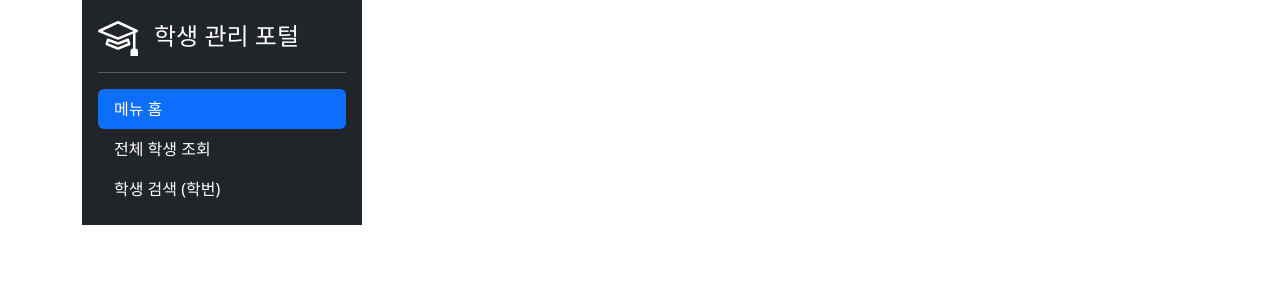
Repository: invisibleufo101/StudentManagementWeb
Page: HSW_Web/src/main/webapp/index.html
These files come from the project's save history. The page is drawn as it stood at one moment and after a run of saves; the edit follows.
The browser window is 1280 px wide. The pictures show the whole page.

Above is the page before, as saved 2024-09-19 08:28:46.

### HSW_Web/src/main/webapp/index.html
<!DOCTYPE html>
<html>
<head>
	<meta charset="UTF-8">
	<meta name="viewport" content="width=device-width, initial-scale=1">
	<link rel="stylesheet" href="css/bootstrap.min.css" />
	<script defer src="js/bootstrap.bundle.min.js"></script>
	<title>학생 관리 포털</title>
</head>
<body>
	<main>
		<div class="container-lg">
			<!-- Start of Sidebar -->
			<div class="d-flex flex-column flex-shrink-0 p-3 text-white bg-dark" style="width: 280px;">
				<a href="/" class="d-flex align-items-center mb-3 mb-md-0 me-md-auto text-white text-decoration-none">
					<svg xmlns="http://www.w3.org/2000/svg" width="40" height="40" fill="currentColor" class="bi bi-mortarboard" viewBox="0 0 16 16">
  						<path d="M8.211 2.047a.5.5 0 0 0-.422 0l-7.5 3.5a.5.5 0 0 0 .025.917l7.5 3a.5.5 0 0 0 .372 0L14 7.14V13a1 1 0 0 0-1 1v2h3v-2a1 1 0 0 0-1-1V6.739l.686-.275a.5.5 0 0 0 .025-.917zM8 8.46 1.758 5.965 8 3.052l6.242 2.913z"/>
  						<path d="M4.176 9.032a.5.5 0 0 0-.656.327l-.5 1.7a.5.5 0 0 0 .294.605l4.5 1.8a.5.5 0 0 0 .372 0l4.5-1.8a.5.5 0 0 0 .294-.605l-.5-1.7a.5.5 0 0 0-.656-.327L8 10.466zm-.068 1.873.22-.748 3.496 1.311a.5.5 0 0 0 .352 0l3.496-1.311.22.748L8 12.46z"/>
					</svg>
					<span class="ms-3 fs-4">학생 관리 포털</span>
				</a>
				<hr/>
				<ul class="nav nav-pills flex-column mb-auto">
					<li class="nav-item">
						<a href="#" class="nav-link active">
							메뉴 홈
						</a>
					</li>
					<li class="nav-item">
						<a href="#" class="nav-link text-white">
							전체 학생 조회
						</a>
					</li>
					<li class="nav-item">
						<a href="#" class="nav-link text-white">
							학생 검색 (학번)
						</a>
					</li>
				</ul>
			</div>
			<!-- End of Sidebar -->
		</div>
	</main>
</body>
</html>

Loaded but not shown: HSW_Web/src/main/webapp/css/bootstrap.min.css (library); HSW_Web/src/main/webapp/js/bootstrap.bundle.min.js (no copy from this time; the picture is the same without it)

After the next 3 saves:
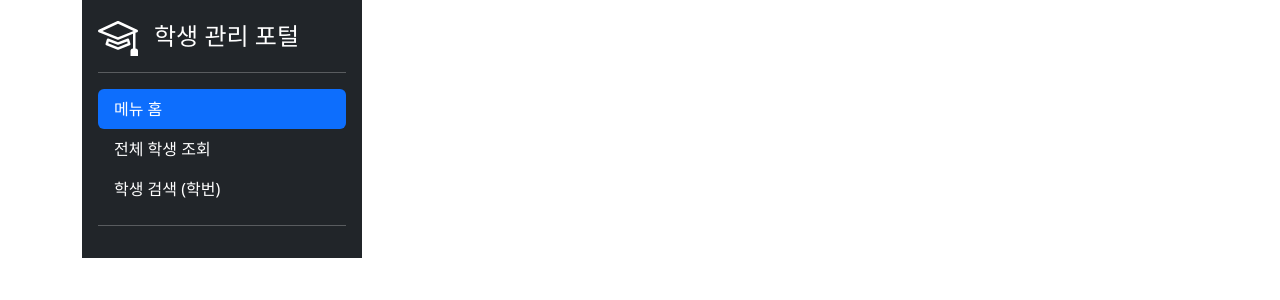
The 3 saves are shown as one change because they came seconds apart.
The last was saved 51 s later.
--- a/HSW_Web/src/main/webapp/index.html
+++ b/HSW_Web/src/main/webapp/index.html
@@ -19,7 +19,7 @@
 					</svg>
 					<span class="ms-3 fs-4">학생 관리 포털</span>
 				</a>
-				<hr/>
+				<hr>
 				<ul class="nav nav-pills flex-column mb-auto">
 					<li class="nav-item">
 						<a href="#" class="nav-link active">
@@ -37,6 +37,7 @@
 						</a>
 					</li>
 				</ul>
+				<hr>
 			</div>
 			<!-- End of Sidebar -->
 		</div>
